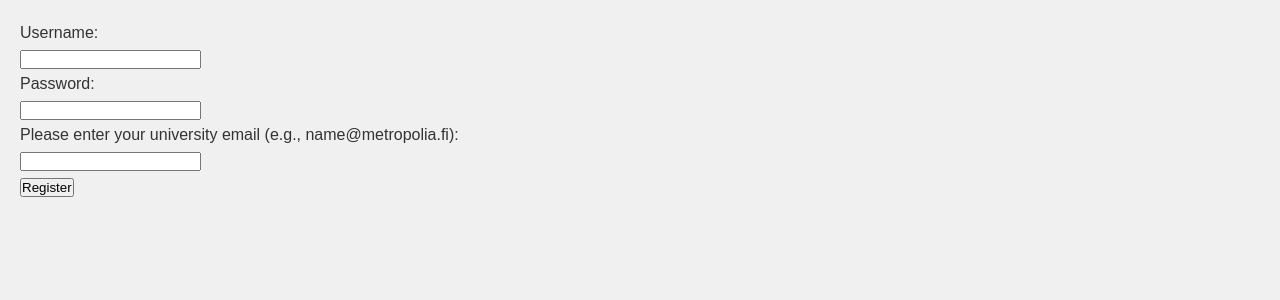
Repository: Javimetro/UniZen
Page: client/public/register.html
An editor plug-in stored every save of this project. The page is shown before and after the next save, followed by the edit.
The browser window is 1280 px wide. The pictures show the whole page.

Above is the page before, as saved 2024-03-12 17:53:59.

After the next save:
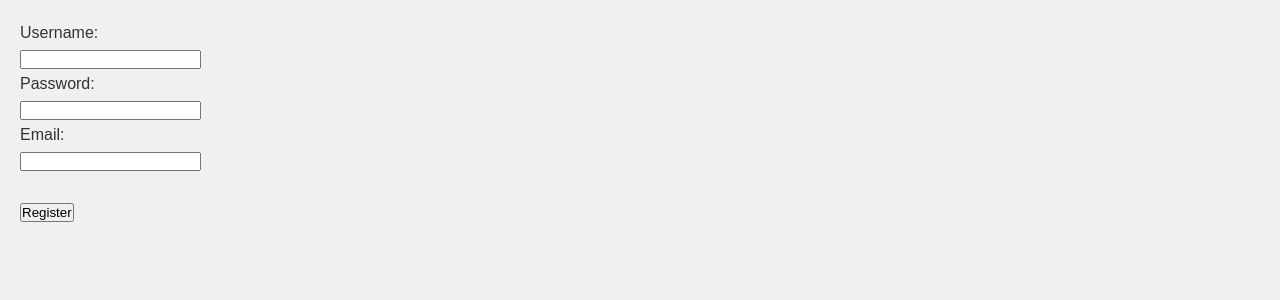
Saved 4 min 42 s later.
--- a/client/public/register.html
+++ b/client/public/register.html
@@ -13,8 +13,9 @@
     <input type="text" id="username" name="username" required><br>
     <label for="password">Password:</label><br>
     <input type="password" id="password" name="password" maxlength="8" required><br>
-    <label for="email">Please enter your university email (e.g., name@metropolia.fi):</label><br>
+    <label for="email">Email:</label><br>
     <input type="email" id="email" name="email" pattern="[a-z0-9._%+-]+@[a-z0-9.-]+\.[a-z]{2,}$" required><br>
+    <span id="infoBox" style="display: none;">University e-mail</span><br>
     <input type="submit" value="Register">
   </form>
 
